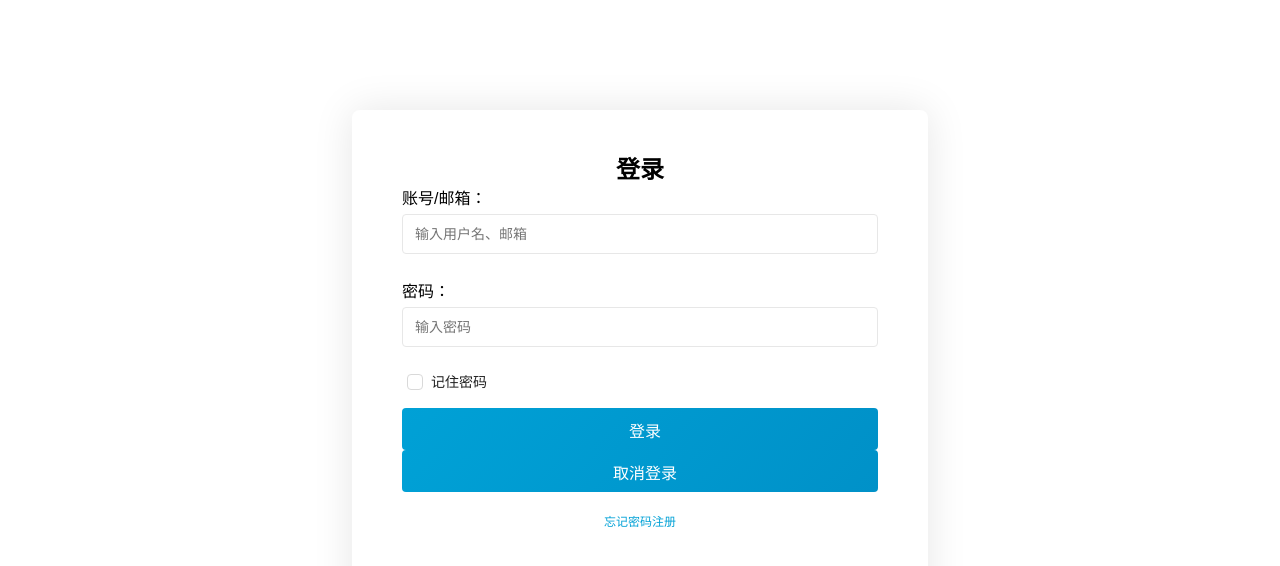
Repository: karicat996/-
Page: /login
An editor plug-in stored every save of this project. The page is shown before and after the next save, followed by the edit.
The browser window is 1280 px wide. The pictures show the whole page.
The project was rebuilt for these pictures with package versions that can differ from the ones it lists, and the page was loaded fresh each time. Also part of the build but not shown: vite.config.ts, src/pages/Calendar/CalendarPage.tsx, src/pages/Home/HomePage.tsx, src/pages/Plan/Plans.tsx, src/layouts/Layouts.tsx, src/pages/TestDemo/index.tsx, src/pages/404.tsx, src/pages/User/Register.less and 2 more.

Above is the page before, as saved 2025-03-24 20:49:24.

### src/main.tsx
import { StrictMode } from 'react'
import { createRoot } from 'react-dom/client'
import './index.css'
import MainRouter from './routes/MainRouter'

createRoot(document.getElementById('root')!).render(

  <StrictMode>
    <MainRouter/>
  </StrictMode>,

)

### src/index.css
html,body{
  height:auto;
  margin: auto;
  padding: 0;
  overflow: hidden
}

### src/routes/MainRouter.tsx
// 主要路由文件
import { BrowserRouter, Route, Routes} from "react-router-dom";
import { Home } from "../pages/Home/HomePage";
import { Layouts }  from "../layouts/Layouts";
import  TestDemo  from "../pages/TestDemo";
import { NotFound } from "../pages/404";
import LoginPaged from './../pages/User/Login';
import { RegisterPage } from './../pages/User/Register';


const MainRouter: React.FC = () => {
  return (
    <BrowserRouter>
    <Routes>
        <Route path="/" element={<Layouts />} />
        <Route path="/index" element={<Home />} />
        <Route path="*" element={<NotFound />} />
        <Route path="/test" element={<TestDemo />} />
        <Route path="/login" element={<LoginPaged />} />
        <Route path="/Register" element={<RegisterPage  />} />
    </Routes>
    </BrowserRouter>
  )
}


export default MainRouter

### src/pages/User/Login.tsx
import react from 'react';
import {useState,useEffect} from 'react';
import  './Login.less';
import { AppstoreOutlined } from '@ant-design/icons';
import { Checkbox } from 'antd';
import type { CheckboxProps } from 'antd';



// interface LoginPageProps {
//     account: string,
//     email: string,
//     password: string
// }




const LoginPage: React.FC = () => {

    const [account, setAccount] = useState<string>();
    const [password,setPassword] = useState<string>();
    const [remember,setRemember] = useState<boolean>();
    const [error,setError] = useState<string>();
    const [loading,setLoading] = useState<boolean>();
    const [success,setSuccess] = useState<boolean>();
    const [errorMessage,setErrorMessage] = useState<string>();




    useEffect(()=>{

    },[]);


    //账号邮箱表单校验


    //登录请求
    const handleSumbit = async (event:React.MouseEvent<HTMLButtonElement>) =>{
        //登录请求
        try{
            const response = await fetch('http://127.0.0.1:4523/m1/6022892-0-default/user/login',{
                method:'POST',
                headers:{
                    'Content-Type':'application/json'
                },
                body:JSON.stringify({
                    account,
                    password
                })


            });
            const data = await response.json();
            if (data.code === 200)  {
                // const data = await response.json();
                alert('登录成功');
                // 处理登录成功后的逻辑，如跳转页面
            } else {
                alert('登录失败: ' + response.statusText);
            };
        }catch(error){
            console.log('请求出错',error);

        }finally{
            setLoading(false);
        }
    };
    //取消登录
    const handleCancel =(event:React.MouseEvent<HTMLButtonElement>) =>{

        console.log(event);
    };




    //忘记密码
    const handleForgetPassword =() =>{

        try{
            //忘记密码请求


        }catch(e){



        }finally{

        }

    };


    //注册
    const handleRegister =()=>{

    };

//记住密码
    const onChange: CheckboxProps['onChange'] = (e) => {
        console.log(`checked = ${e.target.checked}`);
      };



    return (
        <>
        <div className="Login-Container">
            <h2 className="text-login">登录</h2>
            <div className="inputGroup">
                <label>账号/邮箱：</label>
                 <input
                 type="text"
                 value={account}
                 onChange={(e)=>{setAccount(e.target.value)}}
                 placeholder="输入用户名、邮箱" />
            </div>
            <div className="inputGroup">
                <label>密码：</label>
                <input type="text"
                value={password}
                onChange={(e)=>{setPassword(e.target.value)}}
                placeholder="输入密码" />
            </div>
            <div className="radioGroup">
            <Checkbox onChange={onChange}>记住密码</Checkbox>
            </div>
            <div className="buttonGroup">
            <button onClick={handleSumbit}>登录</button>
            <button onClick={handleCancel} value="rememberInput">取消登录</button>
            </div>
            <div className='linkGroup'>
                <a href="#" onClick={handleForgetPassword}>忘记密码</a>
                <a href="#" onClick={handleRegister}>注册</a>
            </div>


        </div>
    </>
    )
}



export default LoginPage;

### src/pages/Home/HomePage.less
*{
    box-sizing: border-box;
    margin:0;
    padding:0;
}

body{
    font-family: Arail, sans-serif;
}

.container {
    width: 100%;
    height: 135vh;
    overflow: hidden;

}

.header-container{
    width: 100%;
    height: 7%;
    margin-bottom: 1%;
    flex-wrap: wrap;
    background-color: #5ece5e;
    color: rgba(255, 255, 255, 0.514);
    padding: 10px 0;
}

.core-container{
    display: flex;
    width: 100%;
    height: 60%;

}


.left-container{
    float: left;
    background-color: white;
    border: 1px solid rgba(128, 128, 128, 0.5);
    border-radius: 10px 10px 10px 10px;
    width: 22%;
    height: 100%;

}

.middle-container{
    display: flex;
    flex-direction: column;
    background-color: white;
    border-radius: 10px 10px 10px 10px;
    border: 1px solid rgba(128, 128, 128, 0.5);
    width: 52%;
    height: 100%;
    margin-left: 2%;
    margin-right: 2%;

}

.middle-on-container {
    flex: 0 0 32%; /* 占据可用空间 */
    background-color: #4625253b;
    border-radius: 10px 10px 0 0;
    width: 100%;
    margin-bottom: 10px;
    margin-bottom: 10px; /* 下方间距 */
    flex-shrink: 1;

}

.middle-under-container {
    display: flex;
    flex-direction: column;
    flex: 1; /* 占据可用空间 */
    width: 100%;
    flex-basis: 250px;
    background-color: white;
    margin-top: 5px;
    margin-bottom: 10px;
    overflow: hidden;
    flex-shrink: 1;
}

.right-container {
    float: right;
    background-color: white;
    border-radius: 10px 10px 10px 10px;
    border: 1px solid rgba(104, 94, 94, 0.5);
    width: 22%;
    height: 100%;

}

.footer-container{
    width: 100%;
    height: 5%;
    flex-wrap: wrap;
    background-color: #767a76;
    color: rgba(255, 255, 255, 0.514);
    padding: 10px 0;
}

### src/layouts/TopNav/TopNav.tsx
import React, {useState} from  "react";
import { AppstoreOutlined, MailOutlined, SettingOutlined } from '@ant-design/icons';
import type { MenuProps } from 'antd';
import { Menu } from 'antd';


type MenuItem = Required<MenuProps>['items'][number];


const items: MenuItem[] = [
    {
      label: 'Navigation One',
      key: 'mail',
      icon: <MailOutlined />,
    },
    {
      label: 'Navigation Two',
      key: 'app',
      icon: <AppstoreOutlined />,
      disabled: true,
    },
    {
      label: 'Navigation Three - Submenu',
      key: 'SubMenu',
      icon: <SettingOutlined />,
      children: [
        {
          type: 'group',
          label: 'Item 1',
          children: [
            { label: 'Option 1', key: 'setting:1' },
            { label: 'Option 2', key: 'setting:2' },
          ],
        },
        {
          type: 'group',
          label: 'Item 2',
          children: [
            { label: 'Option 3', key: 'setting:3' },
            { label: 'Option 4', key: 'setting:4' },
          ],
        },
      ],
    },
    {
      key: 'alipay',
      label: (
        <a href="https://ant.design" target="_blank" rel="noopener noreferrer">
          Navigation Four - Link
        </a>
      ),
    },
  ];
export const TopNav = () => {
    const [current, setCurrent] = useState('mail');

    const onClick: MenuProps['onClick'] = (e) => {
        console.log('click ', e);
        setCurrent(e.key);
      };

    return (
        <Menu onClick={onClick} selectedKeys={[current]} mode="horizontal" items={items} />
    )
}

export default TopNav;

### src/layouts/SideNav/SideNav.tsx
import React, {useState} from "react"
import { AppstoreOutlined,HomeOutlined, SettingOutlined } from '@ant-design/icons';
import type { MenuProps, MenuTheme } from 'antd';
import { Menu, Switch } from 'antd';
import { useNavigate } from 'react-router-dom';



type MenuItem = (Required<MenuProps>['items'][number]& { route?: string });

const items: MenuItem[] = [
  {
    key: 'sub1',
    label: '欢迎来到我的网站',
    icon: <HomeOutlined />,
    children: [
      { key: '1', label: 'Plan', route: '/plan' } as MenuItem//明确指定类型

    ],
  },

];


export const SideNav = () => {

  const [theme, setTheme] = useState<MenuTheme>('dark');
  const [current, setCurrent] = useState('1');
  const navigate = useNavigate();
  const changeTheme = (value: boolean) => {
    setTheme(value ? 'dark' : 'light');
  };

  const onClick: MenuProps['onClick'] = (e) => {
    console.log('click ', e);
    setCurrent(e.key);
  };



  return (
    <>
    <Switch
      checked={theme === 'dark'}
      onChange={changeTheme}
      checkedChildren="Dark"
      unCheckedChildren="Light"
    />
    <br />
    <br />
    <Menu
      theme={theme}
      onClick={onClick}
      style={{ width: 256 }}
      defaultOpenKeys={['sub1']}
      selectedKeys={[current]}
      mode="inline"
      items={items}
    />
  </>
  )
}

export default SideNav;

### src/pages/User/Login.less
 #root {
  width: 45%;
   min-height: 500px;
   background: #fff;
   border-radius: 8px;
   box-shadow: 0 0 40px rgba(0,0,0,0.1);
   padding: 40px 50px;


   position: fixed;
   top: 50%;
   left: 50%;
   transform: translate(-50%, -50%);


}



  .container {
    box-shadow: inset 0 0 0 2px black;

    }


  .text-login{

    text-align: center;

  }

  .inputGroup {
    margin-bottom: 24px;

    label {
      display: block;
      margin-bottom: 5px;
    }

    input {
      width: 100%;
      height: 40px;
      border: 1px solid #e7e7e7;   // 浅灰色边框
      border-radius: 4px;
      padding: 0 12px;
      font-size: 14px;
      transition: border-color 0.3s;

      &:focus {
        border-color: #00a1d6;     // B 站主题色
        outline: none;             // 移除默认聚焦轮廓
      }
    }
  }

  .radioGroup {
    margin-bottom: 15px;

    label {
      margin-left: 5px;
    }
  }

  .buttonGroup {


    button {
      width: 100%;
      height: 42px;
      background: linear-gradient(135deg, #00a1d6, #0091c8); // B 站渐变蓝
      border: none;
      border-radius: 4px;
      color: #fff;
      font-size: 16px;
      cursor: pointer;
      transition: opacity 0.3s;
      padding-right: 10px; /* 右侧内边距 */
      padding-bottom: 10px;
      padding-top: 10px;
      padding-left: 20px;
     /* 左侧内边距 */

      &:hover {
        opacity: 0.9;                // 悬停透明效果
      }
    }
  }

  .linkGroup {
  margin-top: 20px;
  text-align: center;
  font-size: 12px;

  a {
    color: #00a1d6;             // 与主题色统一
    text-decoration: none;

    &:hover {
      text-decoration: underline;
    }
  }
  }

Loaded but not shown: index.html (common file)

After the next save:
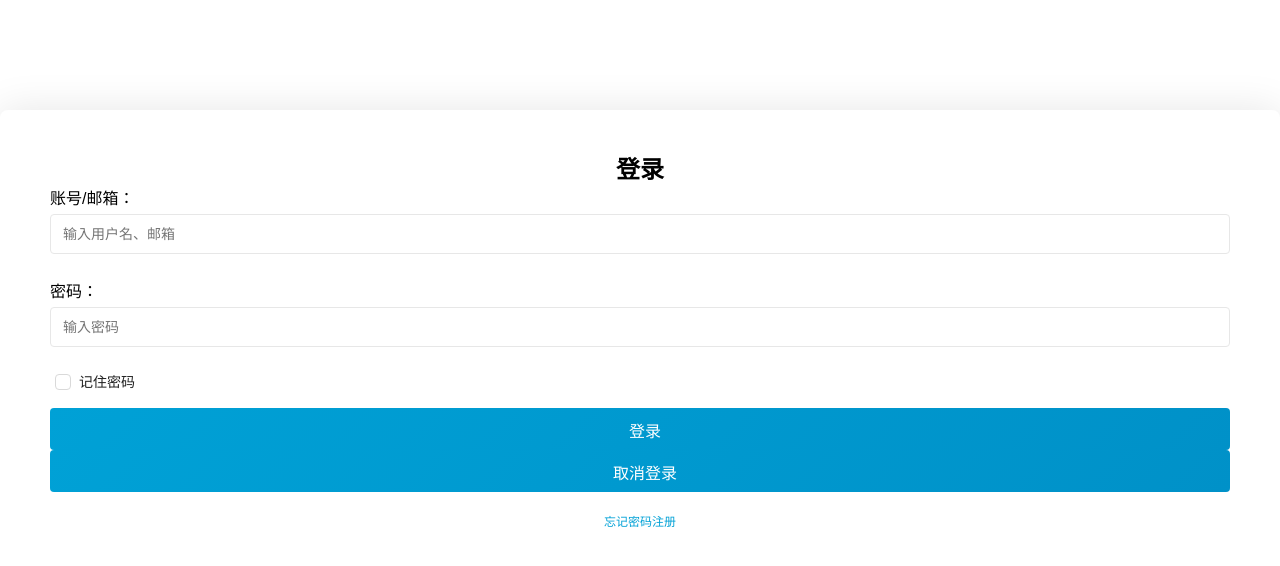
Saved 38 s later.
--- a/src/pages/User/Login.less
+++ b/src/pages/User/Login.less
@@ -1,5 +1,5 @@
  #root {
-  width: 45%;
+  width: 100%;
    min-height: 500px;
    background: #fff;
    border-radius: 8px;
